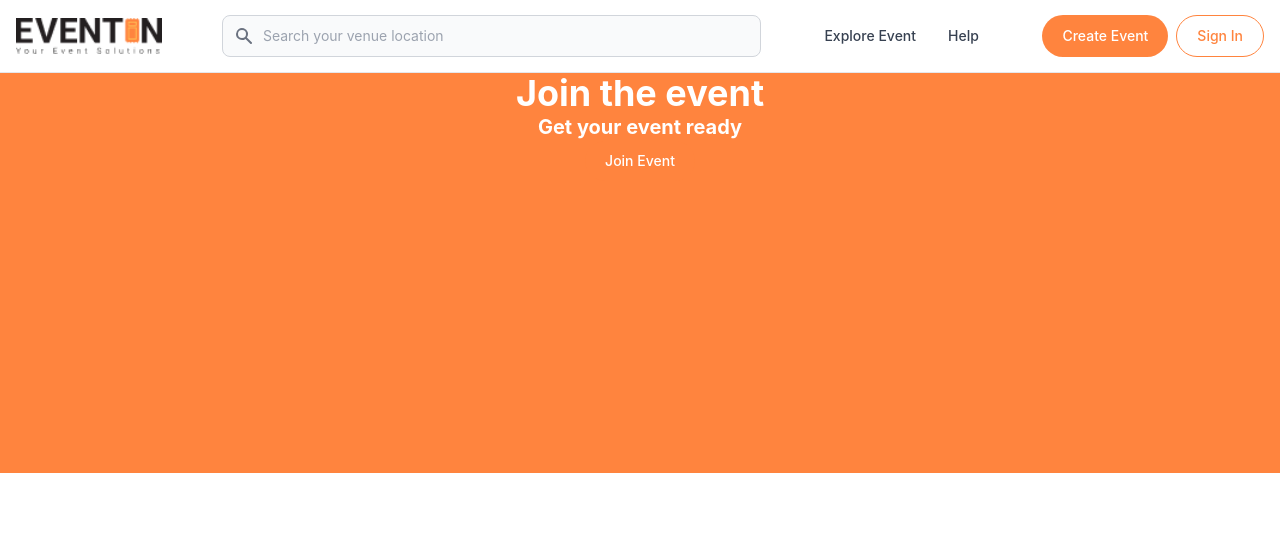
Repository: farrelmuhammad/eventon-indobild
Page: /
An editor plug-in stored every save of this project. The page is shown before and after the next save, followed by the edit.
The browser window is 1280 px wide. The pictures show the whole page.
The project was rebuilt for these pictures with package versions that can differ from the ones it lists, and the page was loaded fresh each time. Also part of the build but not shown: src/App.css.

Above is the page before, as saved 2023-02-07 16:11:03.

### src/App.js
import logo from './logo.svg';
import './App.css';
import { Route, Routes } from 'react-router-dom';
import Home from './pages/Home';

function App() {
  return (
    <>
    <Routes>
      <Route exact path="/" element={<Home />} />
    </Routes>
    </>
  );
}

export default App;

### src/pages/Home.jsx
import React from 'react'
import Banner from '../components/Banner'
import Navbar from '../components/Navbar'

const Home = () => {
    return (
        <>
            <Navbar />
            <Banner />
        </>
    )
}

export default Home

### src/components/Banner.jsx
import React from 'react'

const Banner = () => {
    return (
        <>
            {/* <div class="bg-[#FF843E] h-[400px]">
                <div class="container mx-auto">
                    <div class="flex flex-col items-center justify-center h-full">
                        <h1 class="text-4xl font-bold text-white">Create your event</h1>
                        <h2 class="text-xl font-bold text-white">Get your event ready</h2>
                        <button type="button" class="text-white bg-[#FF843E] hover:bg-[#e47737] focus:ring-4 focus:outline-none focus:ring-blue-300 font-medium rounded-full text-sm px-5 py-2.5 text-center mr-3 md:mr-0">Create Event</button>
                    </div>
                </div>
            </div> */}
            <div class="bg-[#FF843E] h-[400px]">
                <div class="container mx-auto">
                    <div class="flex flex-col items-center justify-center h-full">
                        <h1 class="text-4xl font-bold text-white">Join the event</h1>
                        <h2 class="text-xl font-bold text-white">Get your event ready</h2>
                        <button type="button" class="text-white bg-[#FF843E] hover:bg-[#e47737] focus:ring-4 focus:outline-none focus:ring-blue-300 font-medium rounded-full text-sm px-5 py-2.5 text-center mr-3 md:mr-0">Join Event</button>
                    </div>
                </div>
            </div>
        </>
    )
}

export default Banner

### src/components/Navbar.jsx
import React from 'react'
import Logo from "../assets/logo.png"

const Navbar = () => {
    return (
        <>
            <nav class="bg-white px-2 sm:px-4 py-2.5 sticky w-full z-20 top-0 left-0 border-b border-gray-200">
                <div class="container flex flex-wrap items-center justify-between mx-auto">
                    <a href="https://flowbite.com/" class="flex items-center">
                        <img src={Logo} class="h-6 mr-3 sm:h-9" alt="Eventon Logo" />
                    </a>

                    <form class="flex items-center w-[539px]">
                        {/* <label for="simple-search" class="sr-only">Search your venue location</label> */}
                        <div class="relative w-full">
                            <div class="absolute inset-y-0 left-0 flex items-center pl-3 pointer-events-none">
                                <svg aria-hidden="true" class="w-5 h-5 text-gray-500 dark:text-gray-400" fill="currentColor" viewBox="0 0 20 20" xmlns="http://www.w3.org/2000/svg"><path fill-rule="evenodd" d="M8 4a4 4 0 100 8 4 4 0 000-8zM2 8a6 6 0 1110.89 3.476l4.817 4.817a1 1 0 01-1.414 1.414l-4.816-4.816A6 6 0 012 8z" clip-rule="evenodd"></path></svg>
                            </div>
                            <input type="text" id="simple-search" class="bg-gray-50 border border-gray-300 text-gray-900 text-sm rounded-[8px] focus:ring-blue-500 focus:border-blue-500 block w-full pl-10 p-2.5" placeholder="Search your venue location" />
                        </div>
                        {/* <button type="submit" class="p-2.5 ml-2 text-sm font-medium text-white bg-blue-700 rounded-lg border border-blue-700 hover:bg-blue-800 focus:ring-4 focus:outline-none focus:ring-blue-300">
                        <svg class="w-5 h-5" fill="none" stroke="currentColor" viewBox="0 0 24 24" xmlns="http://www.w3.org/2000/svg"><path stroke-linecap="round" stroke-linejoin="round" stroke-width="2" d="M21 21l-6-6m2-5a7 7 0 11-14 0 7 7 0 0114 0z"></path></svg>
                        <span class="sr-only">Search</span>
                    </button> */}
                    </form>

                    <div class="flex md:order-2 gap-2">
                        <button type="button" class="text-white bg-[#FF843E] hover:bg-[#e47737] focus:ring-4 focus:outline-none focus:ring-blue-300 font-medium rounded-full text-sm px-5 py-2.5 text-center mr-3 md:mr-0">Create Event</button>
                        <button type="button" class="text-[#FF843E] bg-transparent border border-[#FF843E] hover:bg-[#e47737] hover:text-white focus:ring-4 focus:outline-none focus:ring-blue-300 font-medium rounded-full text-sm px-5 py-2.5 text-center mr-3 md:mr-0">Sign In</button>
                    </div>
                    <div class="items-center justify-between hidden w-full md:flex md:w-auto md:order-1" id="navbar-sticky">
                        <ul class="flex flex-col p-4 mt-4 border border-gray-100 rounded-lg bg-gray-50 md:flex-row md:space-x-8 md:mt-0 md:text-sm md:font-medium md:border-0 md:bg-white">
                            <li>
                                <a href="#" class="block py-2 pl-3 pr-4 text-gray-700 rounded hover:bg-gray-100 md:hover:bg-transparent md:hover:text-[#FF843E] md:p-0">Explore Event</a>
                            </li>
                            <li>
                                <a href="#" class="block py-2 pl-3 pr-4 text-gray-700 rounded hover:bg-gray-100 md:hover:bg-transparent md:hover:text-[#FF843E] md:p-0">Help</a>
                            </li>
                        </ul>
                    </div>
                </div>
            </nav>
        </>
    )
}

export default Navbar

Loaded but not shown: public/index.html (common file); src/index.js (common file); src/index.css (common file); src/reportWebVitals.js (common file); tailwind.config.js (common file)

After the next save:
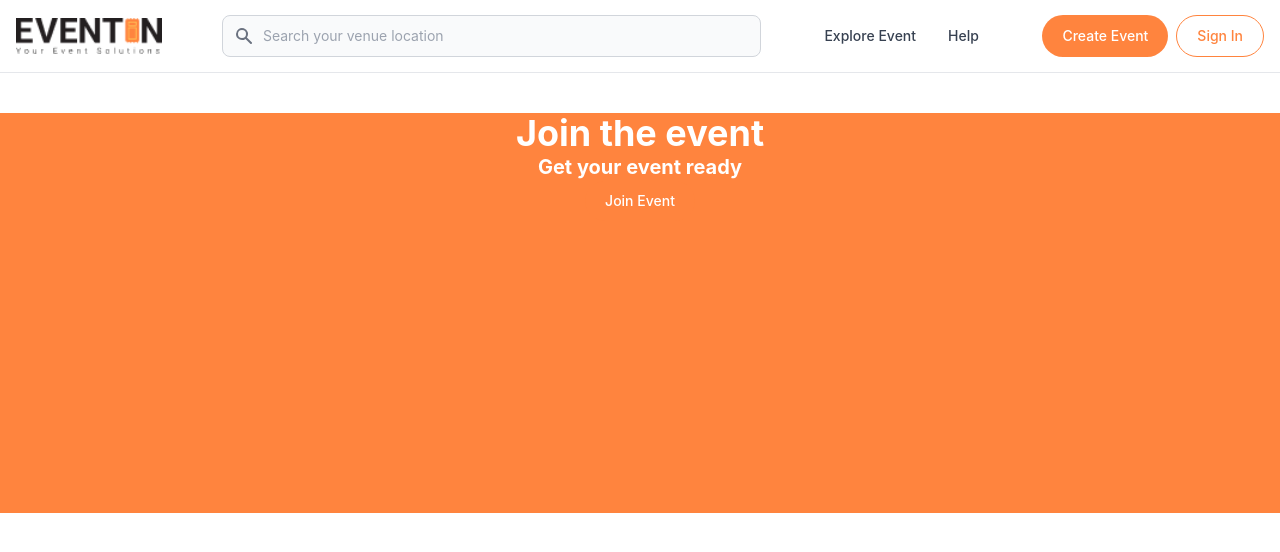
Saved 12 s later.
--- a/src/components/Banner.jsx
+++ b/src/components/Banner.jsx
@@ -12,7 +12,7 @@
                     </div>
                 </div>
             </div> */}
-            <div class="bg-[#FF843E] h-[400px]">
+            <div class="bg-[#FF843E] h-[400px] mt-10">
                 <div class="container mx-auto">
                     <div class="flex flex-col items-center justify-center h-full">
                         <h1 class="text-4xl font-bold text-white">Join the event</h1>

After the 2 saves that followed:
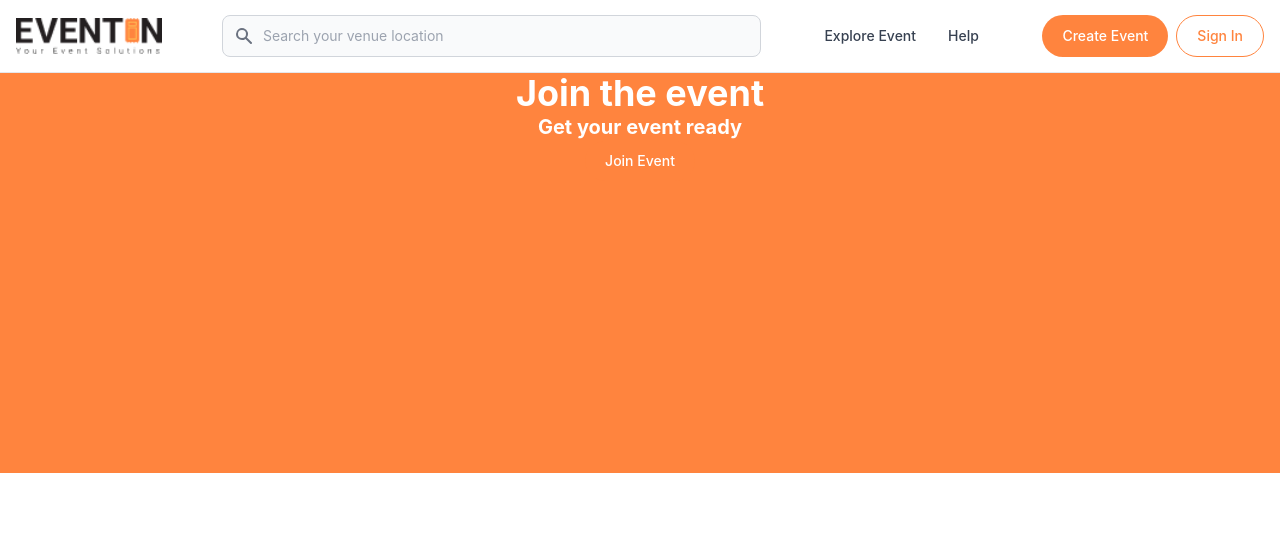
The 2 saves are shown as one change because 1 left the picture as it was.
The last was saved 2 min 55 s later.
--- a/src/components/Banner.jsx
+++ b/src/components/Banner.jsx
@@ -12,7 +12,7 @@
                     </div>
                 </div>
             </div> */}
-            <div class="bg-[#FF843E] h-[400px] mt-10">
+            <div class="bg-[#FF843E] h-[400px]">
                 <div class="container mx-auto">
                     <div class="flex flex-col items-center justify-center h-full">
                         <h1 class="text-4xl font-bold text-white">Join the event</h1>
